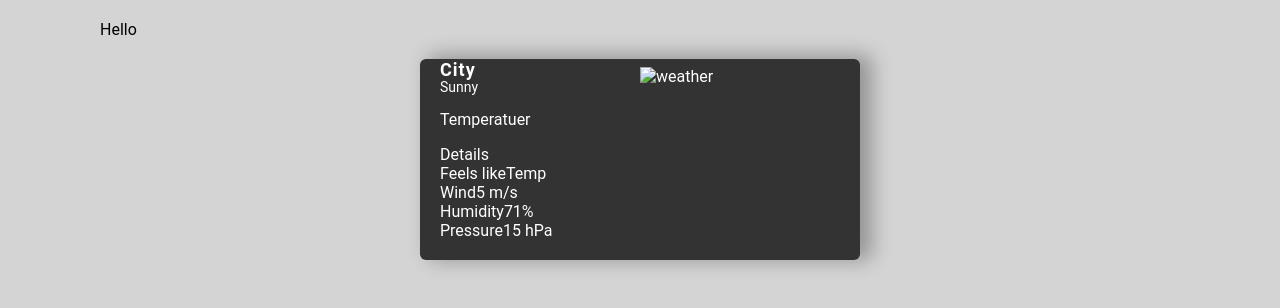
Repository: sedat-akdogan/React_Weather
Page: / (app in london_weather/)
The author's editor kept a copy of each file at every save. The page is drawn from the files as they stood at one save, then again after a run of saves.
The browser window is 1280 px wide. The pictures show the whole page.
The project was rebuilt for these pictures with package versions that can differ from the ones it lists, and the page was loaded fresh each time.

Above is the page before, as saved 2023-07-09 17:52:50.

After the next 3 saves:
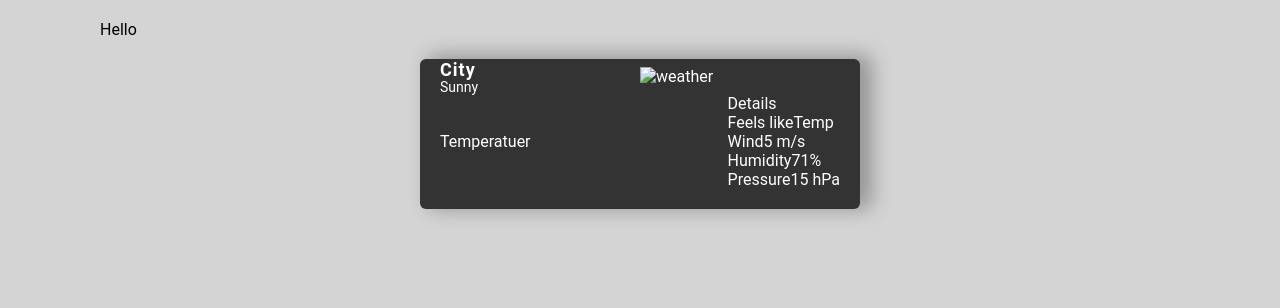
The 3 saves are shown as one change because they came seconds apart.
The last was saved 78 s later.
--- a/london_weather/src/components/current-weather/current-weather.css
+++ b/london_weather/src/components/current-weather/current-weather.css
@@ -8,7 +8,7 @@
     padding: 0 20px 20px 20px;
 }
 
-.top {
+.top, .bottom {
     display: flex;
     justify-content: space-between;
     align-items: center;
